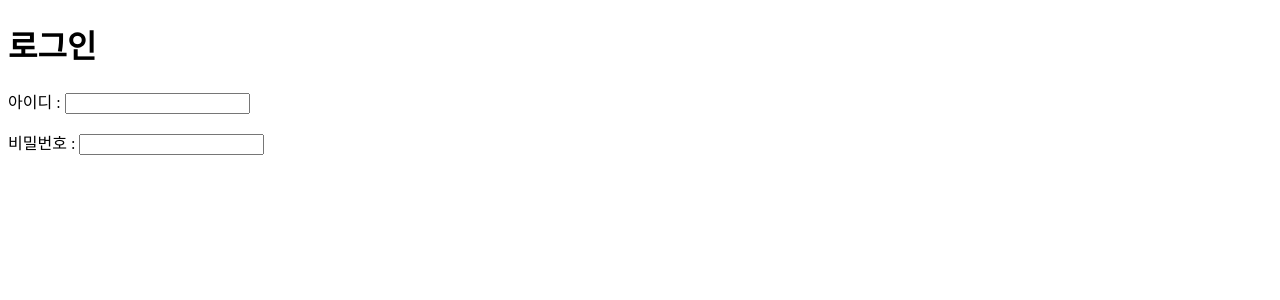
Repository: mi-ci/ai
Page: jsp01/src/main/webapp/ch05/r1.html
An editor plug-in stored every save of this project. The page is shown before and after the next save, followed by the edit.
The browser window is 1280 px wide. The pictures show the whole page.

Above is the page before, as saved 2024-01-18 06:50:42.

After the next save:
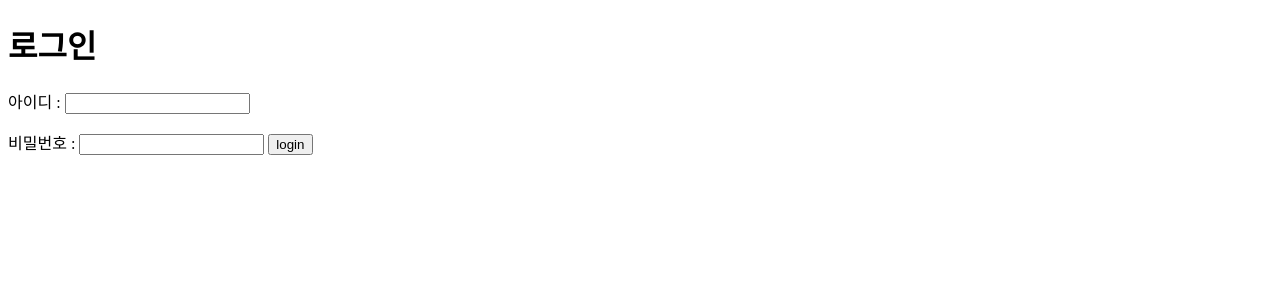
Saved 28 s later.
--- a/jsp01/src/main/webapp/ch05/r1.html
+++ b/jsp01/src/main/webapp/ch05/r1.html
@@ -9,6 +9,7 @@
 	<form action="r1.jsp" method="get">
 	<p> 아이디 : <input type="text" name="id">
 	<p> 비밀번호 : <input type="text" name="password">
+	<input type="submit" value="login">
 	</form>
 
 
